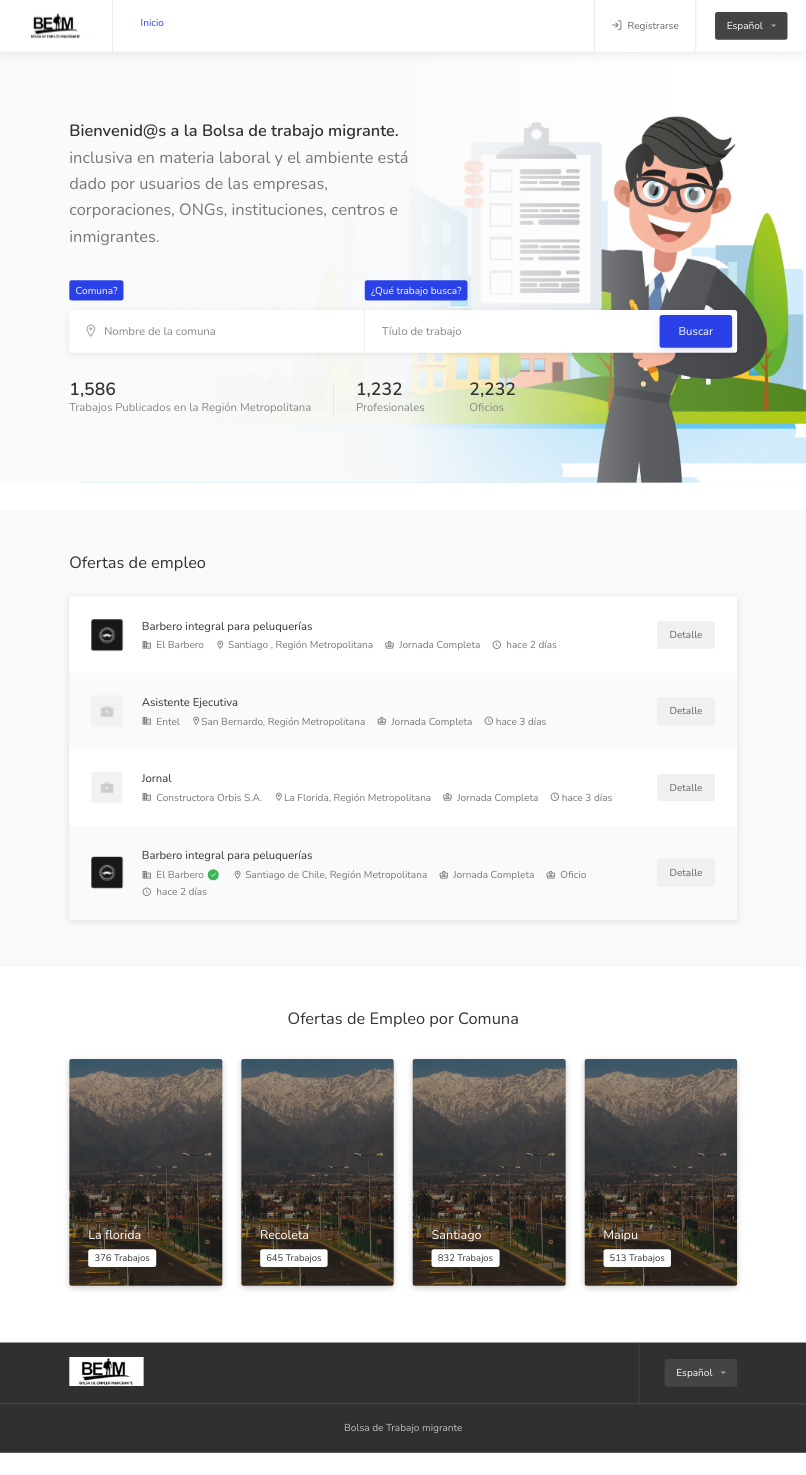
Repository: afigueroat/migrante_python
Page: templates/registrar_base.html
The author's editor kept a record of every edit. The page is drawn from the files as they stood at one moment, then again after the next edit.
The browser window is 1280 px wide. The pictures show the whole page, at 63% of full size.
The template is drawn by Django 2.2. The application's start-up code is not run. Style sheets and scripts are compiled from the project's sources, by tool versions that may differ from the author's. The template is opened directly, without the code that normally fills it, so the values that code supplies are empty.

Above is the page before.

After the next edit:
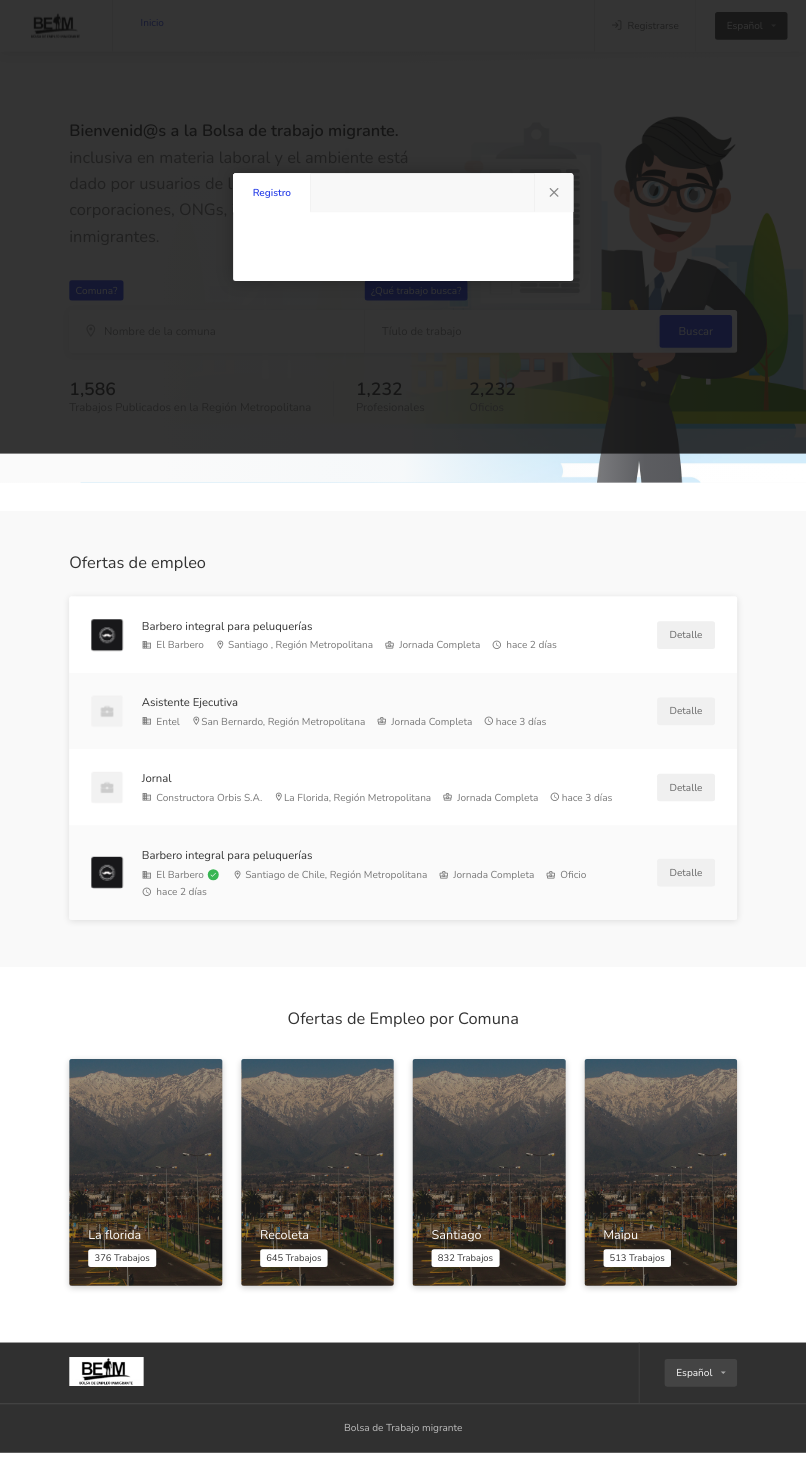
The edit:
--- a/templates/registrar_base.html
+++ b/templates/registrar_base.html
@@ -483,6 +483,11 @@
 	}
 
 </script>
+<script>
+    jQuery(function(){
+   jQuery('#register_button').click();
+	});
+</script>
         </body>
     </div>
 </html>
